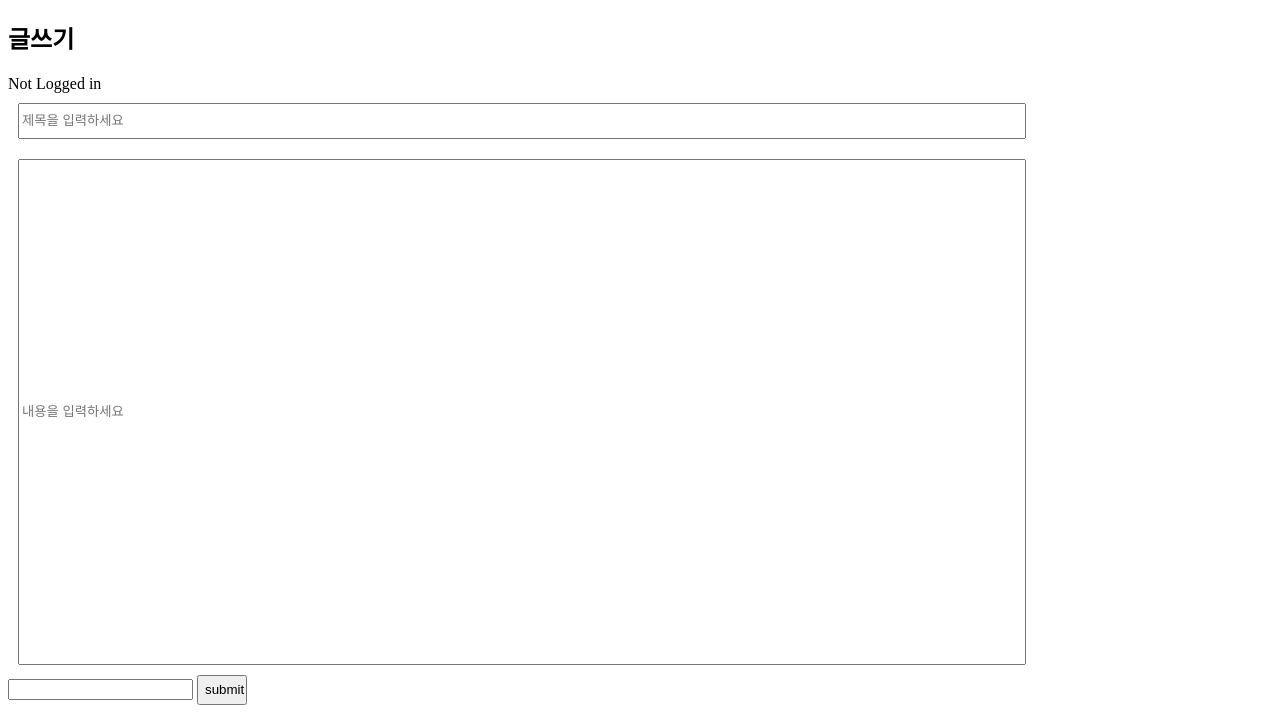
Repository: Jadedvst/Java_JSP-Servlet
Page: http://localhost/MustHaveJSP/mvcboard/write.do
An editor plug-in stored every save of this project. The page is shown before and after the next save, followed by the edit.
The browser window is 1280 px wide. The pictures show the whole page.
The page is served by Tomcat 10.

Above is the page before, as saved 2023-12-14 08:32:45.

After the next save:
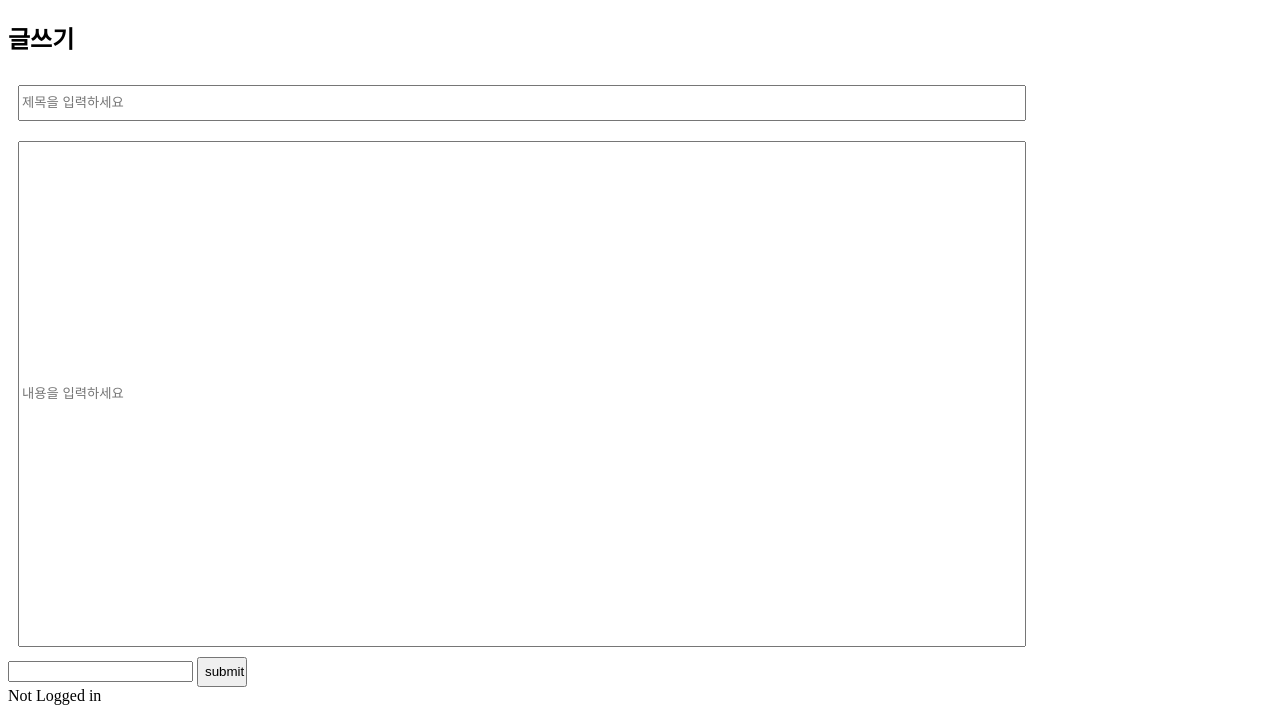
Saved 60 s later.
--- a/MustHaveJSP/src/main/webapp/14MVCBoard/Write.jsp
+++ b/MustHaveJSP/src/main/webapp/14MVCBoard/Write.jsp
@@ -35,7 +35,6 @@ height:30px;
 		isLogin = "true";
 		LoginId = m.getName();
 	}
-	if(isLogin== null) out.print("Not Logged in");
 	if(LoginId!= null) sid=LoginId;
 	%>
 	<script>
@@ -60,7 +59,7 @@ height:30px;
 	<input type="submit" id="bt"value="submit"><br/>
 <%if(isLogin!=null){ %>
 	<a href="./BoardLoginSession/Logout.jsp">[Logout]</a>
-<%} %>
+<%}else out.print("Not Logged in");%>
 	</div>
 </form>
 
